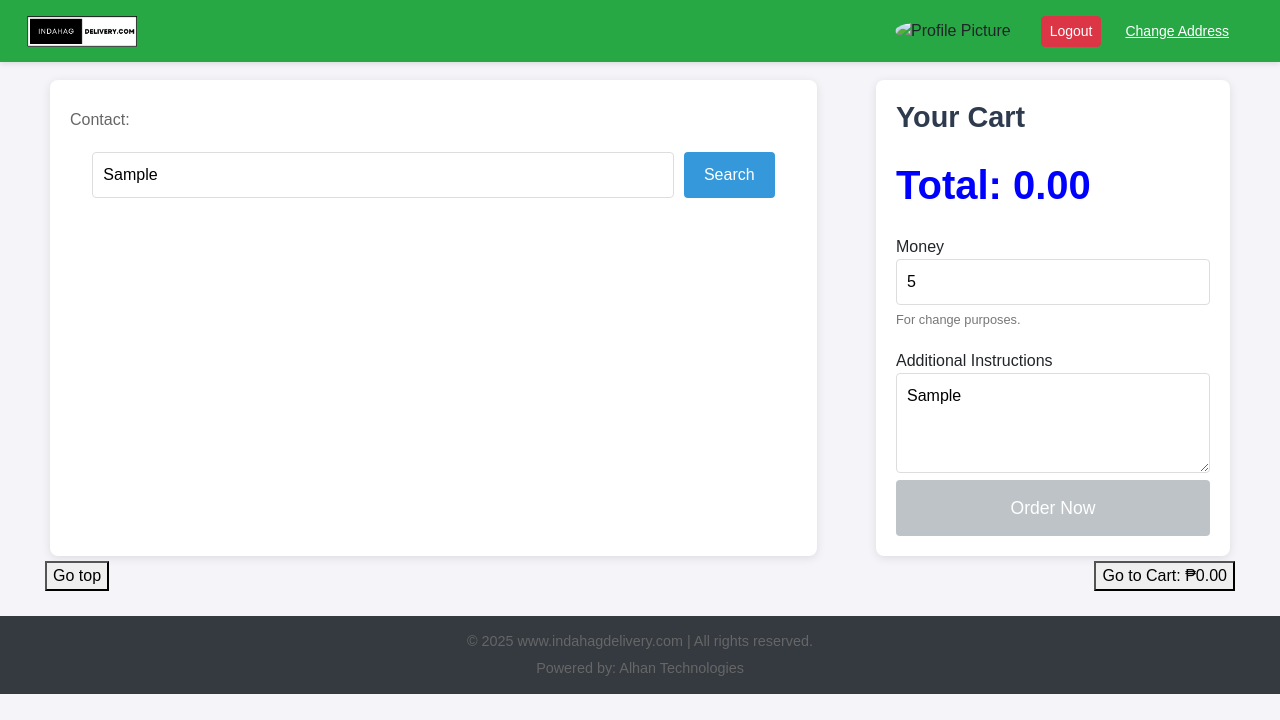
Repository: Jijiluzana225/indahagdelivery.com
Page: store/templates/store/store_products.html
These files come from the project's save history. The page is drawn as it stood at one moment and after the next save; the edit follows.
The browser window is 1280 px wide. The pictures show the whole page.
Empty fields were first filled with sample values (such as "Sample", 5 or name@example.com).
After loading, the first visible `.go-to-top > button` was clicked once.
The template is drawn by Django 5.2. The application's start-up code is not run. The template is opened directly, without the code that normally fills it, so the values that code supplies are empty.

Above is the page before, as saved 2025-01-23 13:01:01.
Console error: TypeError: Cannot read properties of null (reading 'focus')

After the next save:
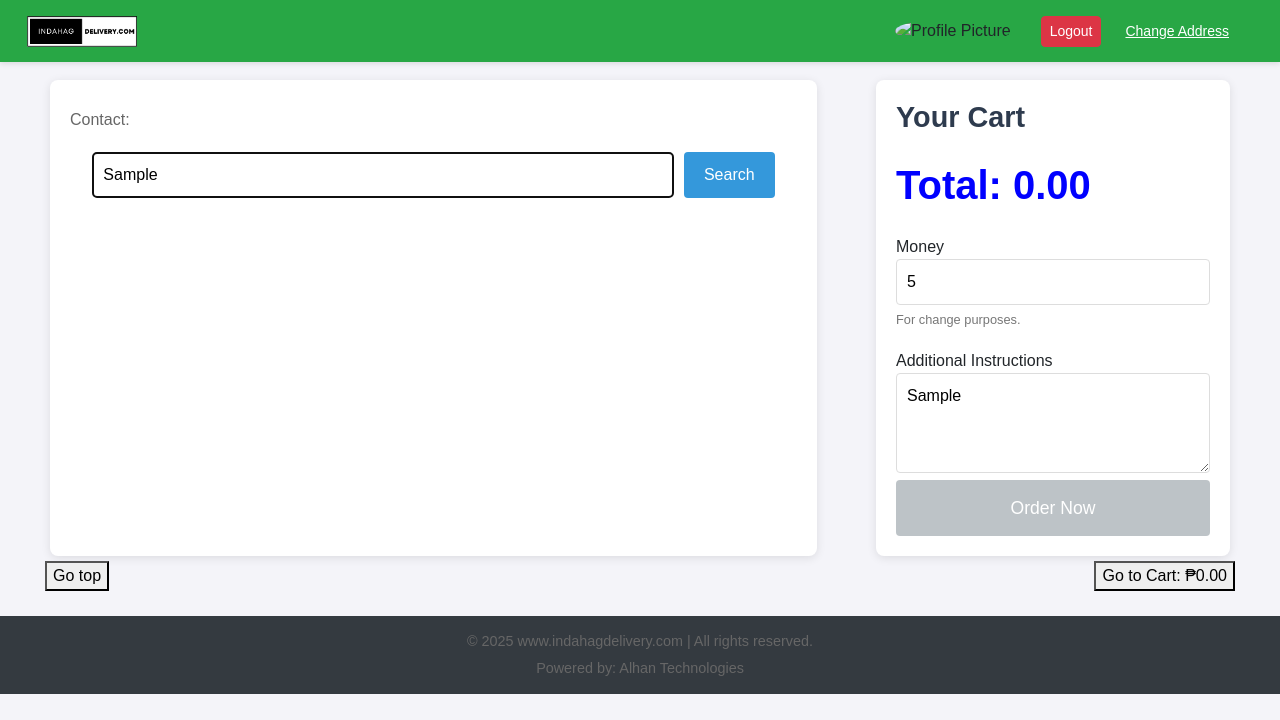
The error is gone.
Saved 2 min 24 s later.
--- a/store/templates/store/store_products.html
+++ b/store/templates/store/store_products.html
@@ -479,7 +479,7 @@
     }
 
     function scrollToTop() {
-        const searchBox = document.querySelector('#searchbox'); // Targeting the searchbox input
+        const searchBox = document.querySelector('#searchBox'); // Targeting the searchbox input
         searchBox.focus(); // Focus on the input box
         searchBox.scrollIntoView({ behavior: 'smooth' }); // Smoothly scroll to the input box
     }
